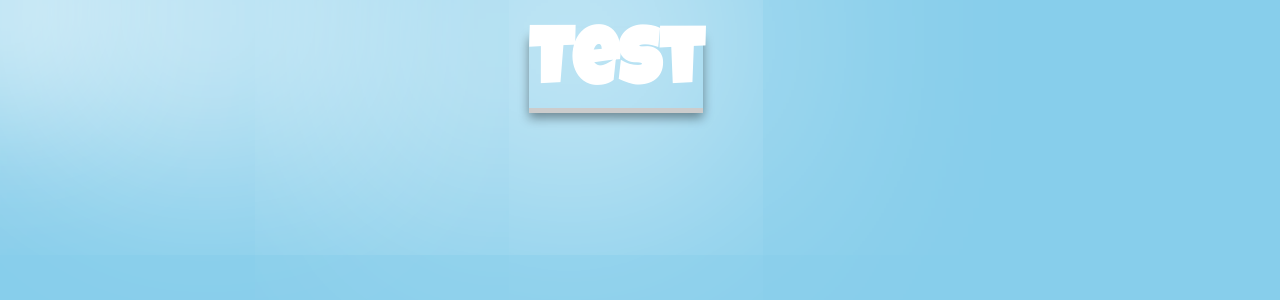
Repository: BlackCat328/CSS_Animation
Page: 2.文字弹动/index.html
These files come from the project's save history. The page is drawn as it stood at one moment and after a run of saves; the edit follows.
The browser window is 1280 px wide. The pictures show the whole page.

Above is the page before, as saved 2022-11-13 20:42:34.

After the next 2 saves:
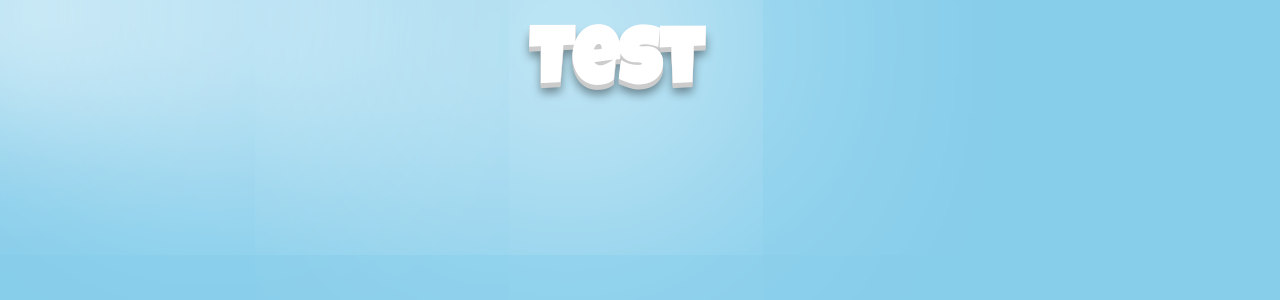
The 2 saves are shown as one change because they came seconds apart.
The last was saved 11 s later.
--- a/2.文字弹动/index.css
+++ b/2.文字弹动/index.css
@@ -49,7 +49,7 @@ h1 span {
     display: inline-block;
     font-size: 80px;
     color: #fff;
-    box-shadow: 0 1px 0 #ccc,
+    text-shadow: 0 1px 0 #ccc,
         0 2px 0 #ccc,
         0 3px 0 #ccc,
         0 4px 0 #ccc,
